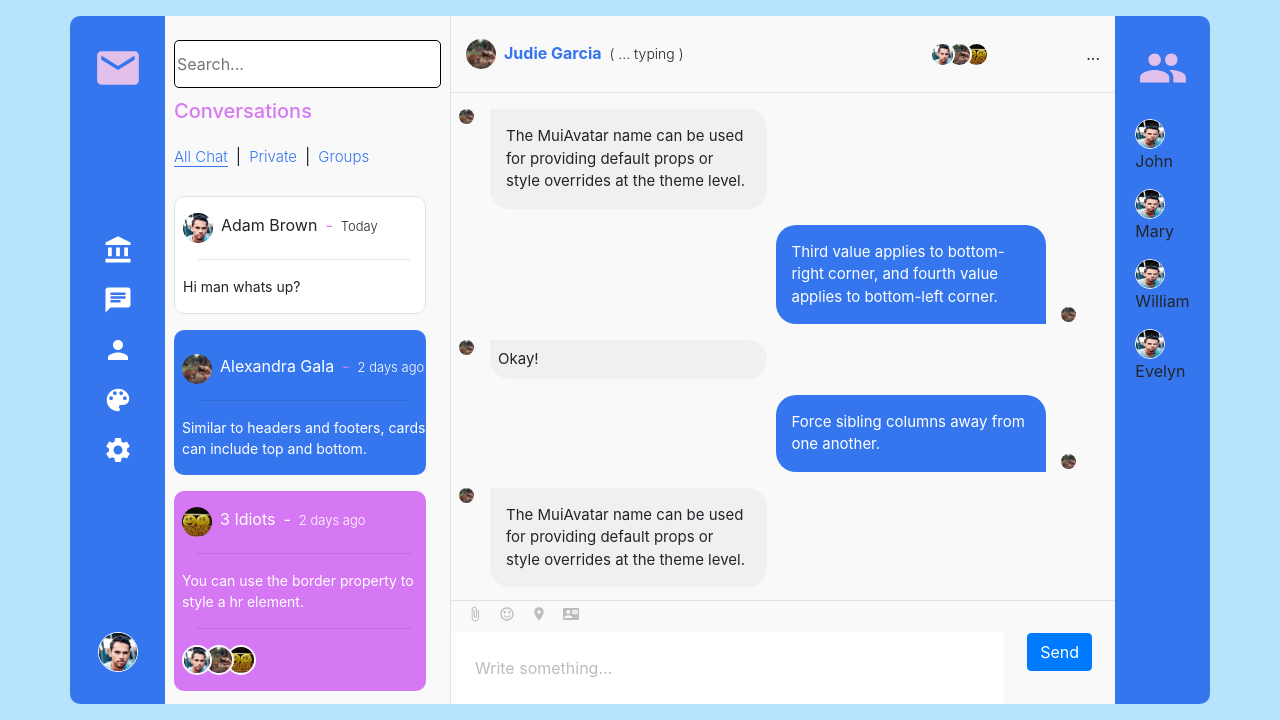
Repository: arafat877/super-chat
Page: /#/chat
These files come from the project's save history. The page is drawn as it stood at one moment and after the next save; the edit follows.
The browser window is 1280 px wide. The pictures show the whole page.
The project was rebuilt for these pictures with package versions that can differ from the ones it lists, and the page was loaded fresh each time. Also part of the build but not shown: src/pages/register/Register.scss, src/components/formInput/FormInput.js, src/pages/register/Register.js, src/pages/login/Login.scss, src/pages/login/Login.js, src/pages/profile/Profile.js.

Above is the page before, as saved 2020-08-07 15:37:45.

### public/index.html
<!DOCTYPE html>
<html lang="en">
  <head>
    <meta charset="utf-8" />
    <meta name="viewport" content="width=device-width, initial-scale=1" />
    <meta name="theme-color" content="#000000" />
    <meta
      name="description"
      content="Chat application with node.js, express, react.js, mongoDb and socket.io"
    />
    <link rel="stylesheet" href="styles.css" />
    <link
      rel="stylesheet"
      href="https://maxcdn.bootstrapcdn.com/bootstrap/4.5.0/css/bootstrap.min.css"
      integrity="sha384-9aIt2nRpC12Uk9gS9baDl411NQApFmC26EwAOH8WgZl5MYYxFfc+NcPb1dKGj7Sk"
      crossorigin="anonymous"
    />
    <link
      href="https://fonts.googleapis.com/css2?family=Roboto:wght@100;300;400;500;700;900&display=swap"
      rel="stylesheet"
    />

    <title>Super Chat</title>
  </head>
  <body>
    <noscript>You need to enable JavaScript to run this app.</noscript>
    <div id="root"></div>
  </body>
</html>

### src/App.scss
.appContainer {
  background-color: #b7e3fe;

  ::-webkit-scrollbar {
    width: 5px;
    height: 5px;
  }

  ::-webkit-scrollbar-track {
    background: white; /* color of the tracking area */
  }

  ::-webkit-scrollbar-thumb {
    background-color: #b5caf0; /* color of the scroll thumb */
    border-radius: 5px; /* roundness of the scroll thumb */
  }

  .appWrapper {
    background-color: #3576ef;
    border-radius: 10px;

    .firstCol {
      .logoRow {
        height: 15%;

        .logo {
          font-size: 50px;
          color: rgb(226, 192, 236);
        }
      }
      .menuRow {
        height: 70%;

        .menuList {
          list-style: none;

          .menuItem {
            margin-bottom: 20px;

            .menuItemIcon {
              font-size: 30px;
              color: white;
            }
          }
        }
      }
      .photoRow {
        height: 15%;

        .profilePhoto {
          height: 40px;
          width: 40px;
          border: solid thin white;
          border-radius: 50%;
          object-fit: cover;
        }
      }
    }

    .secondCol {
      background-color: #f9f9f9;

      .searchRow {
        height: 7.5%;

        .searchInput {
          width: 100%;
          border: solid 0.5px;
          background-color: white;
          border-radius: 5px;

          &:focus {
            outline: none;
          }
        }
      }

      .convRow {
        height: 7.5%;

        .convSpan {
          font-weight: 500;
          font-size: 20px;
          color: rgb(214, 120, 243);
        }
      }
      .selectRow {
        height: 5%;

        .selectionList {
          list-style: none;

          .selectionListItem {
            font-weight: 300;
            font-size: 15px;
            color: #3576ef;
          }
        }
      }

      .groupsRow {
        height: 80%;
        overflow-y: scroll;

        .convCard {
          background-color: white;
          border: solid 0.5px #dee2e6;
          border-radius: 10px;
          margin-right: 0;

          .userProfilePicture {
            height: 30px;
            width: 30px;
            border-radius: 50%;
            object-fit: cover;
          }

          .userName {
            // color: white;
          }

          .dash {
            color: rgb(214, 120, 243);
          }

          .chatDate {
            // color: white;
            font-size: 13px;
            font-weight: 300;
          }

          .text {
            // color: white;
            font-size: 14px;
          }
        }

        .convCardHot {
          background-color: #3576ef;
          border-radius: 10px;
          margin-right: 0;

          .userProfilePicture {
            height: 30px;
            width: 30px;
            border-radius: 50%;
            object-fit: cover;
          }

          .userName {
            color: white;
          }

          .dash {
            color: rgb(214, 120, 243);
          }

          .chatDate {
            color: white;
            font-size: 13px;
            font-weight: 300;
          }

          .hr {
            border-color: rgb(214, 120, 243);
            margin-bottom: 5px;
          }

          .text {
            color: white;
            font-size: 14px;
          }
        }

        .convCardGroup {
          background-color: rgb(214, 120, 243);
          border-radius: 10px;
          margin-right: 0;

          .userProfilePicture {
            height: 30px;
            width: 30px;
            border-radius: 50%;
            object-fit: cover;
          }

          .userName {
            color: white;
          }

          .dash {
            color: white;
          }

          .chatDate {
            color: white;
            font-size: 13px;
            font-weight: 300;
          }

          .hr {
            border-color: rgb(214, 120, 243);
            margin-bottom: 5px;
          }

          .text {
            color: white;
            font-size: 14px;
          }

          .avatar {
            height: 30px;
            width: 30px;
          }
        }
      }
    }

    .thirdCol {
      background-color: #f9f9f9;
      border-left: solid thin #dee2e6;

      .chatInfo {
        height: 11.25%;
        border-bottom: solid thin #dee2e6;

        .infoUserPicture {
          height: 30px;
          width: 30px;
          border-radius: 50%;
          object-fit: cover;
        }

        .infoUserName {
          color: #3576ef;
          font-weight: 700;
        }

        .infoTyping {
          font-size: 14px;
          font-weight: 300;
        }

        .infoGroup {
          .avatar {
            height: 25px;
            width: 25px;
          }
        }
      }
      .chatMessages {
        height: 73.75%;
        border-bottom: solid thin #dee2e6;
        overflow-y: auto;

        .messageRow {
          .messageUserProfilePicture {
            height: 15px;
            width: 15px;
            border-radius: 50%;
            object-fit: cover;
          }

          .text {
            background-color: #f0f0f0;
            font-size: 15px;
            border-radius: 0px 20px 20px 20px;
          }
        }

        .messageRowOwner {
          .messageUserProfilePicture {
            height: 15px;
            width: 15px;
            border-radius: 50%;
            object-fit: cover;
          }

          .text {
            background-color: #3576ef;
            font-size: 15px;
            color: white;
            border-radius: 20px 20px 0px 20px;
          }
        }
      }
      .chatInput {
        height: 15%;

        .inputEmoji {
          height: 30%;

          .emojiList {
            list-style: none;

            .emojiListItem {
              .emojiListItemIcon {
                color: #bebcbc;
                font-size: 16px;
              }
            }
          }
        }
        .inputText {
          height: 70%;

          .input {
            border: none;
            width: 100%;

            &::-webkit-input-placeholder {
              /* WebKit browsers */
              color: #bebcbc;
            }
            &:-moz-placeholder {
              /* Mozilla Firefox 4 to 18 */
              color: #bebcbc;
            }
            &::-moz-placeholder {
              /* Mozilla Firefox 19+ */
              color: #bebcbc;
            }
            &:-ms-input-placeholder {
              /* Internet Explorer 10+ */
              color: #bebcbc;
            }

            &:focus {
              outline: none;
            }
          }
        }
      }
    }
  }
}

### src/pages/chat/Chat.js
import React from "react";
import "./Chat.scss";
import {
  Email,
  Chat as ChatIcon,
  Person,
  Settings,
  Palette,
  AccountBalance,
  AttachFile,
  SentimentSatisfiedAlt,
  Room,
  ContactMail,
  People,
} from "@material-ui/icons";

import { Avatar } from "@material-ui/core";
import { AvatarGroup } from "@material-ui/lab";

const Chat = () => {
  return (
    <div className="appContainer vh-100 d-flex">
      <div className="container mt-3 mb-3 appWrapper">
        <div className="row h-100">
          <div className="col-1 d-none d-sm-none d-md-block container h-100 firstCol">
            <div className="row logoRow justify-content-center">
              <Email className="m-auto logo" />
            </div>
            <div className="row menuRow">
              <ul className="menuList m-auto p-0">
                <li className="menuItem">
                  <AccountBalance className="menuItemIcon" />
                </li>
                <li className="menuItem">
                  <ChatIcon className="menuItemIcon" />
                </li>
                <li className="menuItem">
                  <Person className="menuItemIcon" />
                </li>
                <li className="menuItem">
                  <Palette className="menuItemIcon" />
                </li>
                <li className="menuItem">
                  <Settings className="menuItemIcon" />
                </li>
              </ul>
            </div>
            <div className="row photoRow justify-content-center">
              <img
                className="m-auto profilePhoto"
                src={require("../../assets/m1.jpeg")}
                alt="profile"
              />
            </div>
          </div>
          <div className="col-3 container h-100 secondCol p-4">
            <div className="row searchRow">
              <input className="searchInput" placeholder="Search..." />
            </div>
            <div className="row convRow mt-2">
              <span className="convSpan">Conversations</span>
            </div>
            <div className="row selectRow mb-1">
              <ul className="selectionList pl-0">
                <li
                  className="selectionListItem d-inline mr-2"
                  style={{ borderBottom: "solid 0.05px #3576ef" }}
                >
                  All Chat
                </li>
                |
                <li className="selectionListItem d-inline mr-2 ml-2">
                  Private
                </li>
                |
                <li className="selectionListItem d-inline mr-2 ml-2">Groups</li>
              </ul>
            </div>
            <div className="row groupsRow">
              <div className="container">
                <div className="row convCard pt-3 pb-3 pl-2 mt-3">
                  <div className="container">
                    <div className="row">
                      <img
                        className="userProfilePicture"
                        src={require("../../assets/m1.jpeg")}
                        alt="User Profile"
                      />
                      <span className="userName ml-2">Adam Brown</span>
                      <span className="dash ml-2">-</span>
                      <span className="chatDate ml-2 mt-1">Today</span>
                    </div>
                    <hr></hr>
                    <div className="row">
                      <span className="text">Hi man whats up?</span>
                    </div>
                  </div>
                </div>

                <div className="row convCardHot pt-4 pb-3 pl-2 mt-3">
                  <div className="container">
                    <div className="row">
                      <img
                        className="userProfilePicture"
                        src={require("../../assets/f1.jpeg")}
                        alt="User Profile"
                      />
                      <span className="userName ml-2">Alexandra Gala</span>
                      <span className="dash ml-2">-</span>
                      <span className="chatDate ml-2 mt-1">2 days ago</span>
                    </div>
                    <hr></hr>
                    <div className="row">
                      <span className="text">
                        Similar to headers and footers, cards can include top
                        and bottom.
                      </span>
                    </div>
                  </div>
                </div>

                <div className="row convCardGroup pt-3 pb-3 pl-2 mt-3">
                  <div className="container">
                    <div className="row">
                      <img
                        className="userProfilePicture"
                        src={require("../../assets/g1.jpeg")}
                        alt="User Profile"
                      />
                      <span className="userName ml-2">3 Idiots</span>
                      <span className="dash ml-2">-</span>
                      <span className="chatDate ml-2 mt-1">2 days ago</span>
                    </div>
                    <hr></hr>
                    <div className="row">
                      <span className="text">
                        You can use the border property to style a hr element.
                      </span>
                    </div>
                    <hr></hr>
                    <div className="row">
                      <AvatarGroup max={3} className="mr-4">
                        <Avatar
                          alt="Remy Sharp"
                          className="avatar"
                          src={require("../../assets/m1.jpeg")}
                        />
                        <Avatar
                          alt="Travis Howard"
                          className="avatar"
                          src={require("../../assets/f1.jpeg")}
                        />
                        <Avatar
                          alt="Cindy Baker"
                          className="avatar"
                          src={require("../../assets/g1.jpeg")}
                        />
                      </AvatarGroup>
                    </div>
                  </div>
                </div>
              </div>
            </div>
          </div>
          <div className="col-7 container h-100 thirdCol">
            <div className="row chatInfo">
              <div className="col-6 m-auto">
                <img
                  className="infoUserPicture"
                  src={require("../../assets/f1.jpeg")}
                  alt="User Profile"
                />
                <span className="infoUserName ml-2">Judie Garcia</span>
                <span className="infoTyping ml-2">( ... typing )</span>
              </div>
              <div className="col-4 mt-auto mb-auto justify-content-right infoGroup">
                <AvatarGroup max={3} className="float-right">
                  <Avatar
                    alt="Remy Sharp"
                    className="avatar"
                    src={require("../../assets/m1.jpeg")}
                  />
                  <Avatar
                    alt="Travis Howard"
                    className="avatar"
                    src={require("../../assets/f1.jpeg")}
                  />
                  <Avatar
                    alt="Cindy Baker"
                    className="avatar"
                    src={require("../../assets/g1.jpeg")}
                  />
                </AvatarGroup>
              </div>
              <div className="col-2 m-auto">
                <span className="float-right">...</span>
              </div>
            </div>
            <div className="row chatMessages">
              <div className="container">
                {/* MessageRow */}
                <div className="row messageRow mt-3">
                  <img
                    className="messageUserProfilePicture mb-auto ml-2 mr-3"
                    src={require("../../assets/f1.jpeg")}
                    alt="User Profile"
                  />
                  <div className="col-5 text p-3">
                    The MuiAvatar name can be used for providing default props
                    or style overrides at the theme level.
                  </div>
                </div>

                {/* MessageRow Owner*/}
                <div className="row messageRowOwner mr-0 mt-3">
                  <div className="col-5 offset-6 text p-3">
                    Third value applies to bottom-right corner, and fourth value
                    applies to bottom-left corner.
                  </div>
                  <div className="col-1 mt-auto float-right">
                    <img
                      className="messageUserProfilePicture "
                      src={require("../../assets/f1.jpeg")}
                      alt="User Profile"
                    />
                  </div>
                </div>
                {/* MessageRow */}
                <div className="row messageRow mt-3">
                  <img
                    className="messageUserProfilePicture mb-auto ml-2 mr-3"
                    src={require("../../assets/f1.jpeg")}
                    alt="User Profile"
                  />
                  <div className="col-5 text p-2">Okay!</div>
                </div>
                {/* MessageRow */}
                <div className="row messageRowOwner mr-0 mt-3">
                  <div className="col-5 offset-6 text p-3">
                    Force sibling columns away from one another.
                  </div>
                  <div className="col-1 mt-auto float-right">
                    <img
                      className="messageUserProfilePicture "
                      src={require("../../assets/f1.jpeg")}
                      alt="User Profile"
                    />
                  </div>
                </div>
                {/* MessageRow */}
                <div className="row messageRow mt-3">
                  <img
                    className="messageUserProfilePicture mb-auto ml-2 mr-3"
                    src={require("../../assets/f1.jpeg")}
                    alt="User Profile"
                  />
                  <div className="col-5 text p-3">
                    The MuiAvatar name can be used for providing default props
                    or style overrides at the theme level.
                  </div>
                </div>
                {/* MessageRow */}
              </div>
            </div>
            <div className="row chatInput">
              <div className="col-md-10 container">
                <div className="row inputEmoji">
                  <ul className="emojiList p-0">
                    <li className="emojiListItem d-inline ml-3">
                      <AttachFile className="emojiListItemIcon" />
                    </li>
                    <li className="emojiListItem d-inline ml-3">
                      <SentimentSatisfiedAlt className="emojiListItemIcon" />
                    </li>
                    <li className="emojiListItem d-inline ml-3">
                      <Room className="emojiListItemIcon" />
                    </li>
                    <li className="emojiListItem d-inline ml-3">
                      <ContactMail className="emojiListItemIcon" />
                    </li>
                  </ul>
                </div>
                <div className="row inputText">
                  <input
                    className="input ml-0 pl-4"
                    placeholder="Write something..."
                    autoFocus={true}
                  />
                </div>
              </div>
              <div className="col-md-2 d-flex">
                <button className="btn btn-primary m-auto">Send</button>
              </div>
            </div>
          </div>
          <div className="col-1 container h-100 fourthCol">
            <div className="row logoRow justify-content-center">
              <People className="logo m-auto" />
            </div>
            <div className="row friendsRow justify-content-center">
              <ul className="friendList m-auto p-0 justify-content-center ">
                <li className="friendListItem">
                  <img
                    className="friendListItemPhoto"
                    src={require("../../assets/m1.jpeg")}
                    alt="profile"
                  />
                  <p>John</p>
                </li>
                <li className="friendListItem">
                  <img
                    className="m-auto friendListItemPhoto"
                    src={require("../../assets/m1.jpeg")}
                    alt="profile"
                  />
                  <p>Mary</p>
                </li>
                <li className="friendListItem">
                  <img
                    className="m-auto friendListItemPhoto"
                    src={require("../../assets/m1.jpeg")}
                    alt="profile"
                  />
                  <p>William</p>
                </li>
                <li className="friendListItem">
                  <img
                    className="m-auto friendListItemPhoto"
                    src={require("../../assets/m1.jpeg")}
                    alt="profile"
                  />
                  <p>Evelyn</p>
                </li>

              </ul>
            </div>
          </div>
        </div>
      </div>
    </div>
  );
};

export default Chat;

Loaded but not shown: src/index.js (common file); public/styles.css (common file); src/App.js (39 lines, source omitted); src/pages/chat/Chat.scss (364 lines, source omitted); src/components/formInput/FormInput.scss (no stored copy; drawn as an empty file); src/pages/profile/Profile.scss (no stored copy; drawn as an empty file)

After the next save:
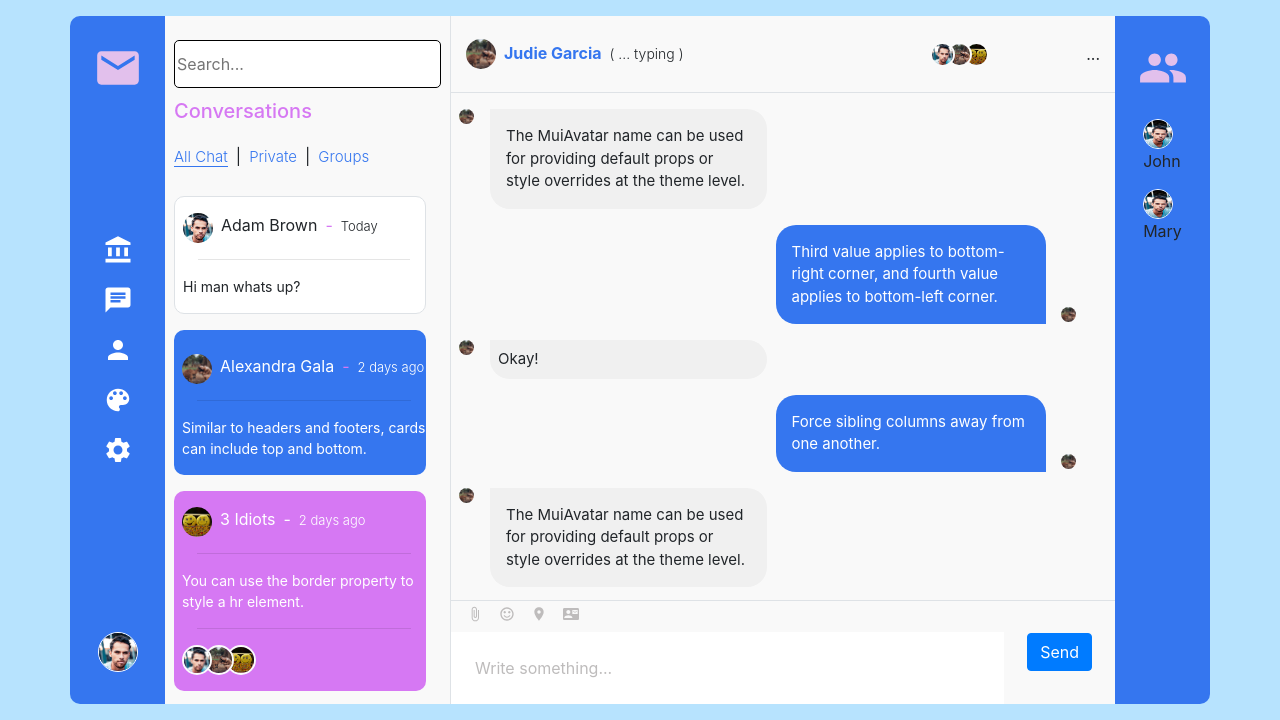
Saved 26 s later.
--- a/src/pages/chat/Chat.js
+++ b/src/pages/chat/Chat.js
@@ -315,23 +315,6 @@ const Chat = () => {
                   />
                   <p>Mary</p>
                 </li>
-                <li className="friendListItem">
-                  <img
-                    className="m-auto friendListItemPhoto"
-                    src={require("../../assets/m1.jpeg")}
-                    alt="profile"
-                  />
-                  <p>William</p>
-                </li>
-                <li className="friendListItem">
-                  <img
-                    className="m-auto friendListItemPhoto"
-                    src={require("../../assets/m1.jpeg")}
-                    alt="profile"
-                  />
-                  <p>Evelyn</p>
-                </li>
-
               </ul>
             </div>
           </div>
